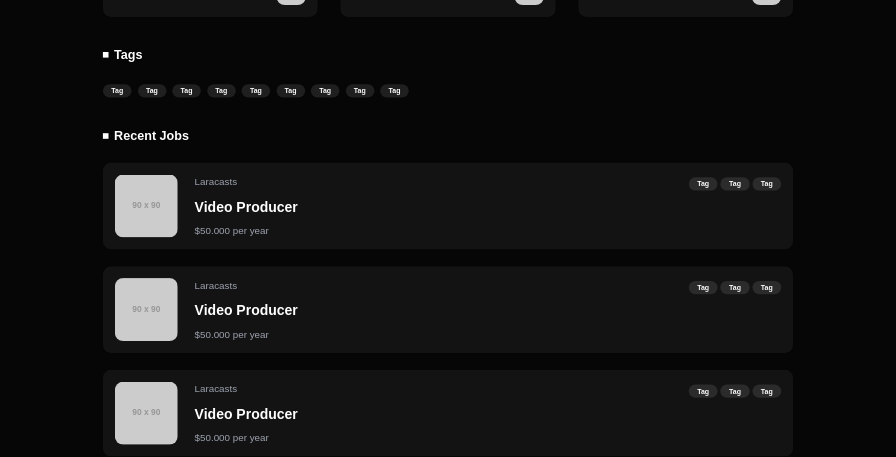
Repository: aggepap/pixel-positions-laravel
Page: http://localhost/
An editor plug-in stored every save of this project. The page is shown before and after a run of saves, followed by the edit.
The browser window is 1280 px wide. The pictures show the part of the page from y = 385 to 2305 px (the page is 1038 px tall before and 4032 px after), at 70% of full size.
Some web fonts or font styles are not loaded; a fallback is used. The page is served by the project's Laravel application, run on PHP 8.4 with Laravel 12. Other server files are loaded and not shown. Style sheets and scripts are compiled from the project's sources, by tool versions that may differ from the author's.

Above is the page before, as saved 2025-02-21 22:16:37.

### resources/views/welcome.blade.php
<x-layout>
    <div class="space-y-10">
    <section>
      <x-section-heading>Featured Jobs</x-section-heading>
        <div class="grid lg:grid-cols-3 gap-8 mt-6">   <x-job-card />
            <x-job-card />
            <x-job-card />
        </div>

    </section>
    <section>
       <x-section-heading>Tags</x-section-heading>

       <div class="mt-6 space-x-1">
        <x-tag>Tag</x-tag>
        <x-tag>Tag</x-tag>
        <x-tag>Tag</x-tag>
        <x-tag>Tag</x-tag>
        <x-tag>Tag</x-tag>
        <x-tag>Tag</x-tag>
        <x-tag>Tag</x-tag>
        <x-tag>Tag</x-tag>
        <x-tag>Tag</x-tag>
       </div>
    </section>
   <section>
    <x-section-heading>Recent Jobs</x-section-heading>

    <div class="mt-6 space-y-6">
        <x-job-card-wide />
        <x-job-card-wide />
        <x-job-card-wide />
        </div>
    </section>
</div>
</x-layout>

### resources/views/components/section-heading.blade.php
<div class="inline-flex items-center gap-2">
  <span class="w-2 h-2 bg-white inline-block"  ></span>
<h3 class="text-lg font-bold">

  {{$slot}}</h3></div>

### resources/views/components/job-card.blade.php
<x-panel>
  <div class="self-start text-sm">Laracasts</div>
     <div class="py-8"><h3 class="group-hover:text-blue-500 transition-colors duration-300 text-xl  font-bold">Video Producer</h3>
     <p class="text-sm mt-4">$50.000 per year</p></div>
  <div class="flex justify-between items-center mt-auto">
      <div class="">
     <x-tag>Tag</x-tag>
     <x-tag>Tag</x-tag>
     <x-tag>Tag</x-tag>

  </div>
  <x-employer-logo :width=42></x-employer-logo>

  </div>

</x-panel>

### resources/views/components/tag.blade.php
<a href="#" class="bg-white/10 px-3 py-1 rounded-xl text-2xs hover:bg-white/25 font-bold  transition-colors duration-300 ">{{$slot}}</a>

### resources/views/components/employer-logo.blade.php
@props(['width' => '90'])

<img src="https://placehold.co/{{$width}}" alt="" class="rounded-xl">

### resources/views/components/panel.blade.php
<div class="p-4 bg-white/5 rounded-xl flex flex-col gap-4 text-center border border-transparent hover:border-blue-800 transition-colors duration-300 cursor-pointer group">
{{$slot}}
</div>

### resources/views/components/job-card-wide.blade.php
<div class=" p-4 bg-white/5 rounded-xl flex gap-x-6  border border-transparent hover:border-blue-800 transition-colors duration-300 cursor-pointer group">
  <x-employer-logo :width=90></x-employer-logo>
  <div class="flex-1 flex flex-col justify-between">

  <a href="#" class="self-start text-sm text-gray-400">Laracasts</a>
  <h3 class="font-bold text-xl mt-3 group-hover:text-blue-500 ">Video Producer</h3>
  <p class="text-sm text-gray-400 mt-auto">$50.000 per year</p>
</div>

      <div class=" ">
     <x-tag>Tag</x-tag>
     <x-tag>Tag</x-tag>
     <x-tag>Tag</x-tag>

  </div>

</div>

### resources/views/components/layout.blade.php
<!DOCTYPE html>
<html lang="en">
<head>
  <meta charset="UTF-8">
  <meta name="viewport" content="width=device-width, initial-scale=1.0">
  <title>Pixel Positions</title>
  <link rel="preconnect" href="https://fonts.googleapis.com">
<link rel="preconnect" href="https://fonts.gstatic.com" crossorigin>
<link href="https://fonts.googleapis.com/css2?family=Hanken+Grotesk:ital,wght@400;500;600&display=swap" rel="stylesheet">
  @vite(['resources/js/app.js', 'resources/css/app.css'])
</head>
<body class="bg-black text-white font-hanken">
  <div class="px-10">
    <nav class="flex justify-between items-center py-4 border-b border-white/10">
      <div class="">
        <a href="/"> <img src="{{Vite::asset('resources/images/logo.svg')}}" alt="Logo"></a>

      </div>
      <div class="space-x-6 font-bold"><a href="#">Jobs</a>
      <a href="#">Careers</a>
      <a href="#">Salaries</a>
       <a href="#">Companies</a>
      </div>
      <div class=""><a href="#">Post a job</a></div>
    </nav>
    <main class="mt-10 max-w-[986px] mx-auto">{{$slot}}</main>
  </div>
</body>
</html>

### resources/images/logo.svg
<svg width="92" height="29" viewBox="0 0 92 29" fill="none" xmlns="http://www.w3.org/2000/svg">
    <path fill="url(#eq4u6l1jfa)" d="M8.787 4.021h11.877v11.877H8.787z"/>
    <path fill="#1544EF" d="M0 13.107h11.877v11.877H0z"/>
    <path d="M25.16 13V3.653h3.285c2.159 0 3.245.899 3.245 2.75 0 1.863-1.113 2.842-3.245 2.842H27.25V13H25.16zm2.091-5.686h.979c.858 0 1.354-.134 1.354-.885 0-.71-.429-.845-1.354-.845h-.979v1.73zM32.846 13V3.653h2.106V13h-2.106zm2.988 0 3.044-4.64-3.057-4.707h2.521L40.34 6.9l1.998-3.246h2.508L41.788 8.36 44.846 13h-2.521l-1.998-3.124L38.355 13h-2.52zm9.872 0V3.653h6.276v1.931h-4.17v1.61h3.969v1.944h-3.97v1.931h4.17V13h-6.275zm7.936 0V3.653h2.105v7.416h3.836V13h-5.941zM25.16 24.574v-9.347h3.285c2.159 0 3.245.898 3.245 2.75 0 1.863-1.113 2.842-3.245 2.842H27.25v3.755H25.16zm2.091-5.686h.979c.858 0 1.354-.134 1.354-.885 0-.71-.429-.845-1.354-.845h-.979v1.73zm9.367 5.927c-2.71 0-4.573-1.971-4.573-4.908 0-2.95 1.864-4.921 4.573-4.921 2.735 0 4.586 1.957 4.586 4.921 0 2.95-1.878 4.908-4.586 4.908zm0-2.011c1.515 0 2.467-1.113 2.467-2.897 0-1.797-.952-2.91-2.467-2.91-1.502 0-2.468 1.086-2.468 2.91 0 1.81.966 2.897 2.468 2.897zm8.63 1.97c-1.944 0-3.472-1.166-3.754-2.95l2.092-.522c.094 1.1.764 1.609 1.703 1.609.684 0 1.247-.335 1.247-1.046 0-.43-.429-.751-1.65-1.247-1.997-.805-2.721-1.542-2.721-2.977 0-1.556 1.22-2.655 3.057-2.655 1.3 0 2.347.603 2.95 1.81l-1.743 1.086c-.282-.684-.738-1.032-1.274-1.032-.483 0-.885.308-.885.75 0 .456.362.778 1.703 1.301 2.011.778 2.655 1.449 2.655 2.776 0 1.85-1.475 3.098-3.38 3.098zm4.478-.2v-9.347h2.106v9.347h-2.106zm5.724 0v-7.416h-2.736v-1.931h7.59v1.931h-2.722v7.416H55.45zm5.735 0v-9.347h2.105v9.347h-2.105zm7.91.241c-2.71 0-4.573-1.971-4.573-4.908 0-2.95 1.864-4.921 4.573-4.921 2.735 0 4.586 1.957 4.586 4.921 0 2.95-1.878 4.908-4.586 4.908zm0-2.011c1.515 0 2.467-1.113 2.467-2.897 0-1.797-.952-2.91-2.467-2.91-1.502 0-2.468 1.086-2.468 2.91 0 1.81.966 2.897 2.468 2.897zm11.487-7.577h2.105v9.347h-2.159l-3.513-5.726v5.726h-2.106v-9.347h2.146l3.527 5.7v-5.7zm6.848 9.548c-1.945 0-3.473-1.167-3.755-2.95l2.092-.523c.094 1.1.764 1.609 1.703 1.609.684 0 1.247-.335 1.247-1.046 0-.43-.429-.751-1.65-1.247-1.997-.805-2.721-1.542-2.721-2.977 0-1.556 1.22-2.655 3.057-2.655 1.3 0 2.347.603 2.95 1.81l-1.743 1.086c-.282-.684-.738-1.032-1.274-1.032-.483 0-.885.308-.885.75 0 .456.362.778 1.703 1.301 2.011.778 2.655 1.449 2.655 2.776 0 1.85-1.475 3.098-3.38 3.098z" fill="#fff"/>
    <defs>
        <linearGradient id="eq4u6l1jfa" x1="20.5" y1="4" x2="8" y2="16.5" gradientUnits="userSpaceOnUse">
            <stop stop-color="#fff"/>
            <stop offset="1" stop-color="#999"/>
        </linearGradient>
    </defs>
</svg>

### tailwind.config.js
import defaultTheme from "tailwindcss/defaultTheme";

/** @type {import('tailwindcss').Config} */
export default {
    content: [
        "./vendor/laravel/framework/src/Illuminate/Pagination/resources/views/*.blade.php",
        "./storage/framework/views/*.php",
        "./resources/**/*.blade.php",
        "./resources/**/*.js",
        "./resources/**/*.vue",
    ],
    theme: {
        extend: {
            fontFamily: {
                sans: ["Figtree", ...defaultTheme.fontFamily.sans],
            },
            colors: {
                black: "#060606",
            },
            fontFamily: {
                hanken: ["Hanken", "sans-serif"],
            },
            fontSize: {
                "2xs": "0.625rem",
            },
        },
    },
    plugins: [],
};

Loaded but not shown: app/Providers/AppServiceProvider.php (common file); routes/web.php (common file); resources/css/app.css (common file)

After the next 2 saves:
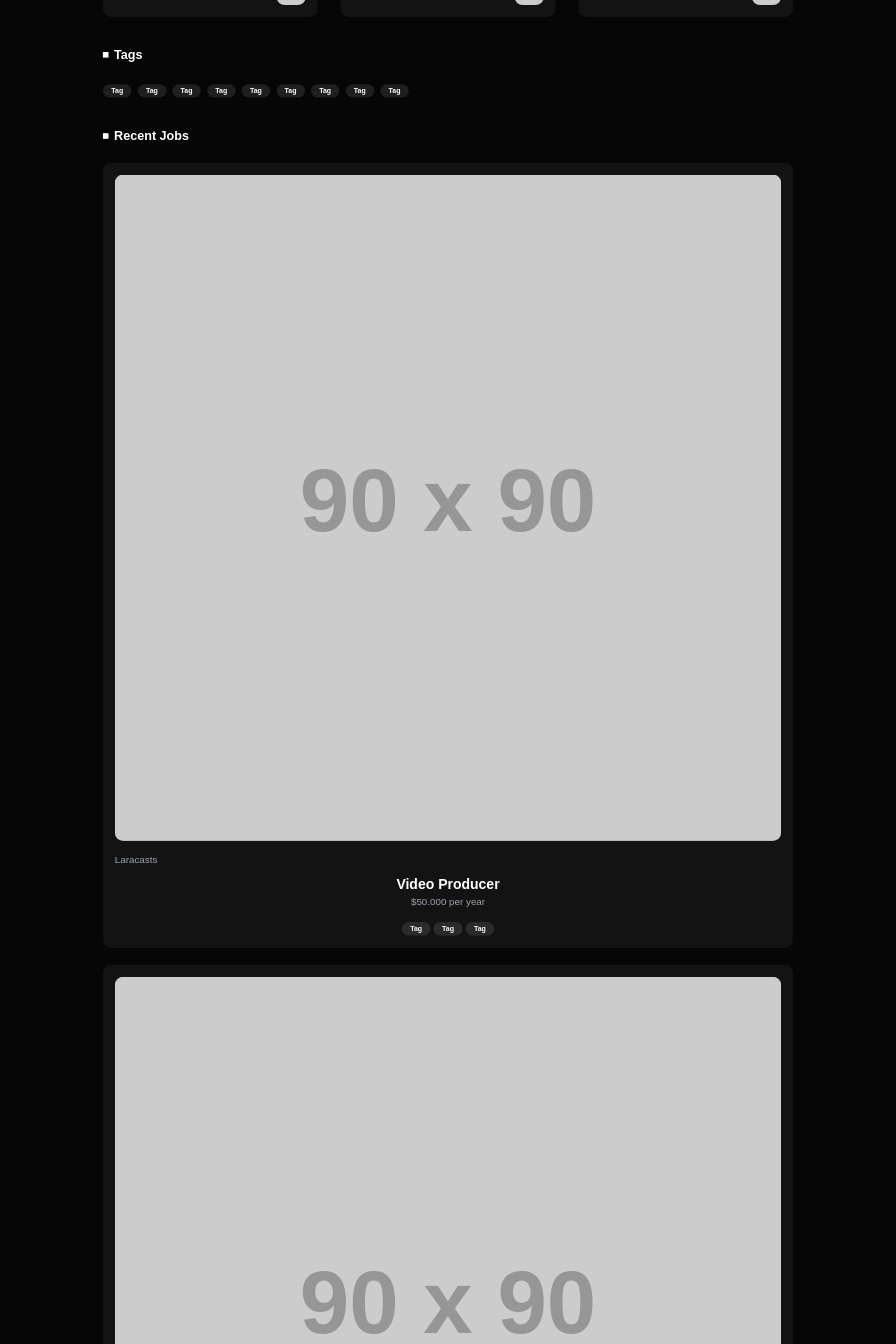
The 2 saves are shown as one change because 1 did not build or start.
The last was saved 95 s later.
--- a/resources/views/components/job-card-wide.blade.php
+++ b/resources/views/components/job-card-wide.blade.php
@@ -1,4 +1,5 @@
-<div class=" p-4 bg-white/5 rounded-xl flex gap-x-6  border border-transparent hover:border-blue-800 transition-colors duration-300 cursor-pointer group">
+
+  <x-panel class="flex-col">
   <x-employer-logo :width=90></x-employer-logo>
   <div class="flex-1 flex flex-col justify-between">
 
@@ -14,4 +15,4 @@
 
   </div>
 
-</div>
+</x-panel>
